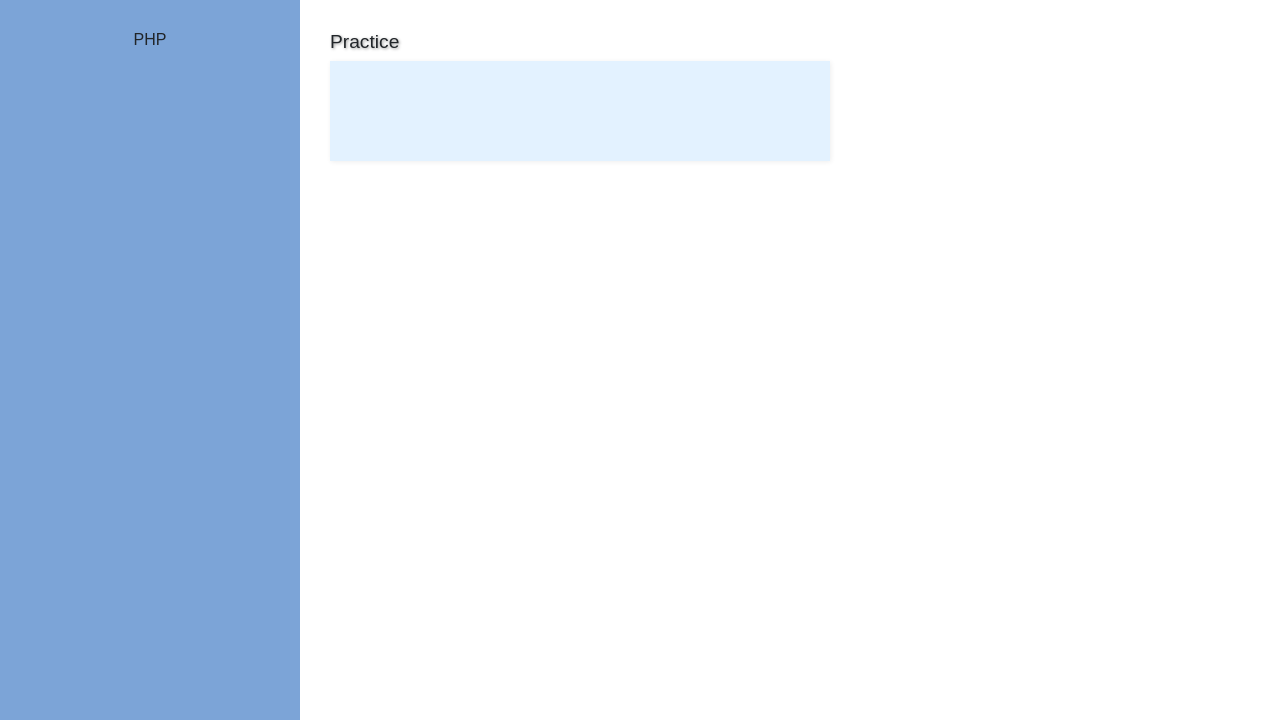
Repository: takeco/practice
Page: http://localhost/php/sample10.php
An editor plug-in stored every save of this project. The page is shown before and after a run of saves, followed by the edit.
The browser window is 1280 px wide. The pictures show the whole page.
The page is run by PHP 8.4 with error messages shown; the project is at /var/www/html/.

Above is the page before, as saved 2020-09-26 09:02:46.

### php/sample10.php
<!doctype html>
<html lang="ja">
<head>
<!-- Required meta tags -->
<meta charset="utf-8">
<meta name="viewport" content="width=device-width, initial-scale=1, shrink-to-fit=no">

<!-- Bootstrap CSS -->
<link rel="stylesheet" href="css/style.css">

<title>PHP</title>
</head>
<body>
<header>
<h1 class="font-weight-normal">PHP</h1>
</header>

<main>
<h2>Practice</h2>
<pre>
<?php
// if (date('G') < 9) {
//     print('※ 現在受付時間外です');
// } else {
//     print('ようこそ');
// }

$x = 1; // 0=false, 0以外=true
if ($x === 0) {
    print('xは0です');
}
?>
</pre>
</main>
</body>
</html>

### php/css/style.css
@import url(bootstrap.min.css);

body,
pre {
  font-family: "游ゴシック Medium", "游ゴシック体", "Yu Gothic Medium", YuGothic, sans-serif;
}
header {
  text-align: center;
  position: fixed;
  top: 0;
  left: 0;
  width: 300px;
  height: 100vh;
  background-color: #7CA4D7
}
header h1 {
  font-size: 100%;
  margin-top: 30px;
}
header h1 span {
  display: block;
}
main {
  margin-left: 300px;
  padding: 30px;
}
main h2 {
  font-size: 120%;
  text-shadow: 1px 1px 3px #999;
}
main h2 img {
  height: 1em;
}
pre {
  min-height: 100px;
  padding: 10px;
  background-color: #e3f2ff;
  box-shadow: 1px 1px 5px #eee;
  width: 500px;
}
hr {
  border-color: #7CA4D7;
}
.content {
  margin-top: 30px;
}
form {
  margin-top: 50px;
}
time {
  color: #999;
  font-size: 80%;
}
article {
  margin-top: 30px;
}

/* .row-indication{
  font-size: 30px;
  display: flex;
  flex-direction: row;
} */

Loaded but not shown: php/css/bootstrap.min.css (library)

After the next 2 saves:
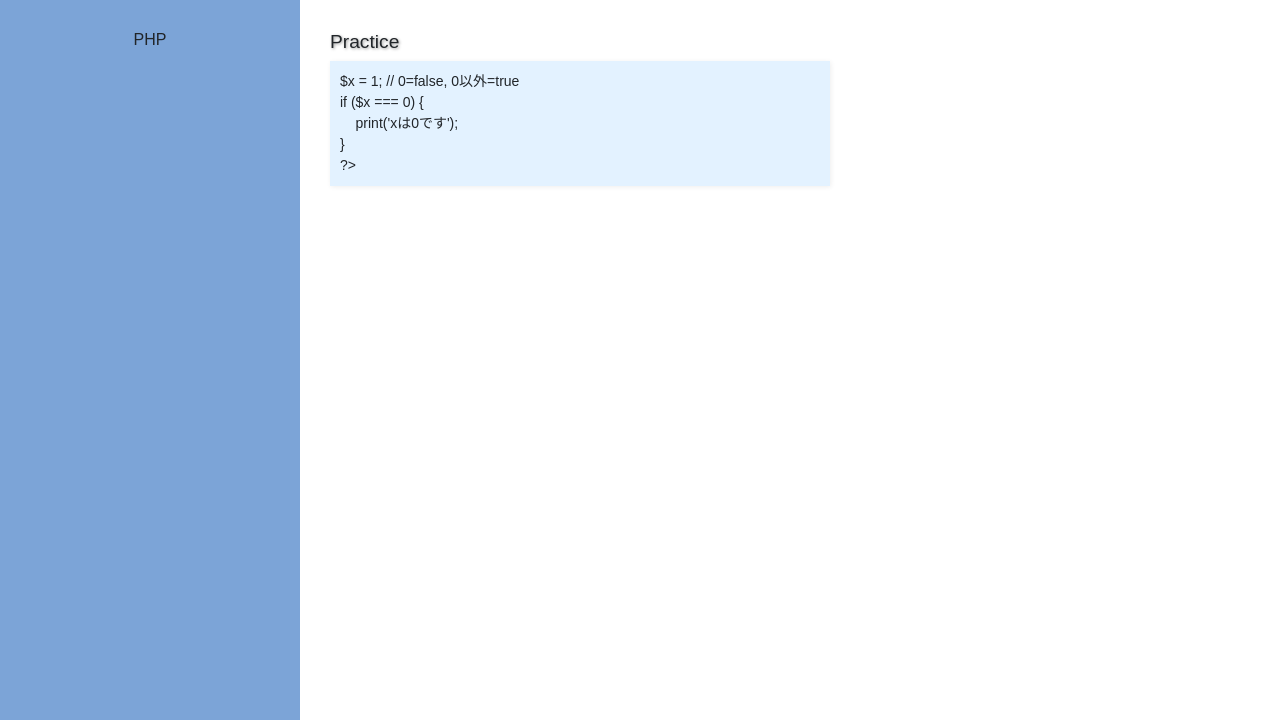
The 2 saves are shown as one change because they came seconds apart.
The last was saved 2 min 17 s later.
--- a/php/sample10.php
+++ b/php/sample10.php
@@ -25,6 +25,11 @@
 //     print('ようこそ');
 // }
 
+// $x = 1; // 0=false, 0以外=true
+// if ($x === 0) {
+//     print('xは0です');
+// }
+// ?>
 $x = 1; // 0=false, 0以外=true
 if ($x === 0) {
     print('xは0です');
